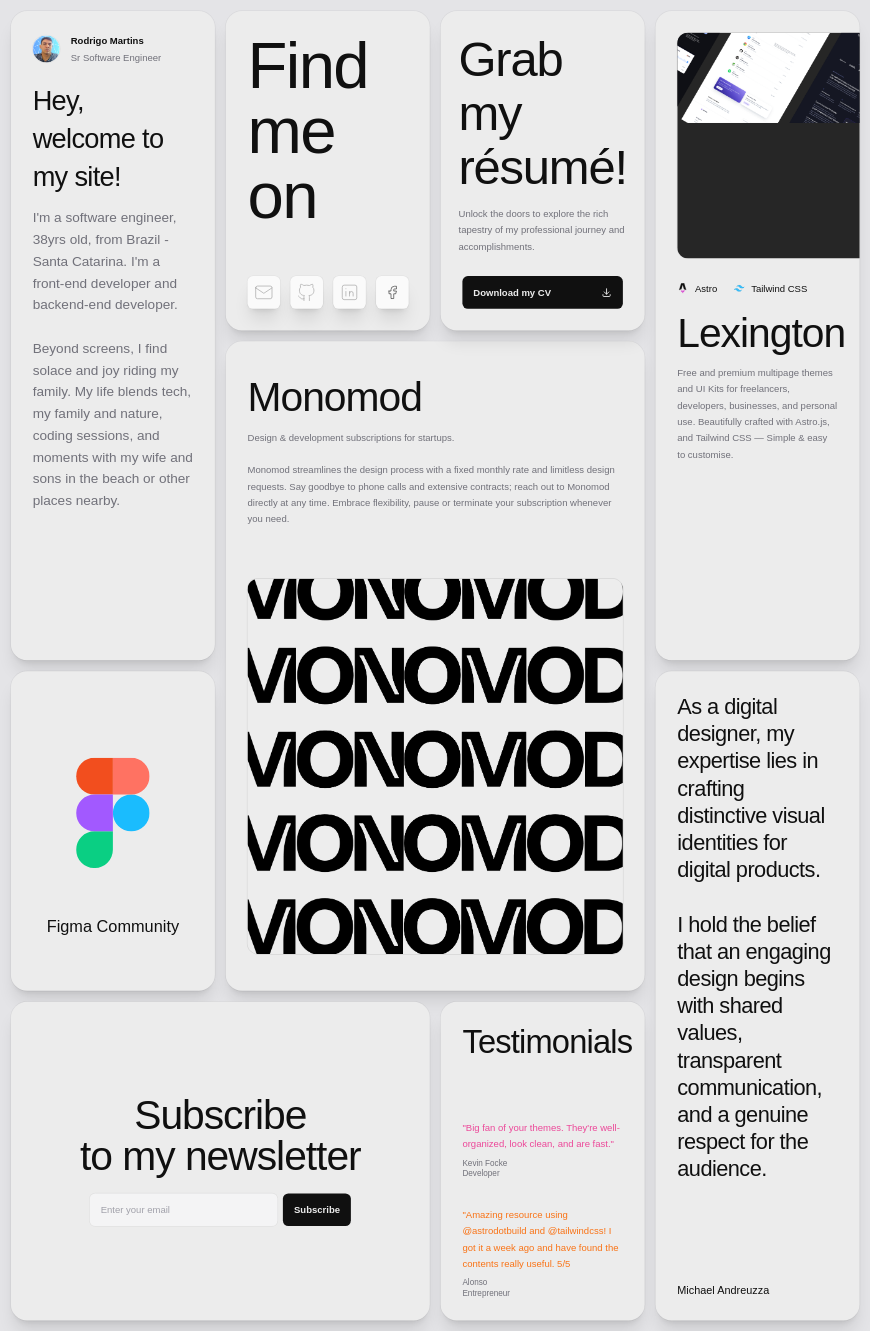
Repository: rodrigotxt/rodrigotxt.github.io
Page: index.html
The author's editor kept a copy of each file at every save. The page is drawn from the files as they stood at one save, then again after the next save.
The browser window is 1280 px wide. The pictures show the whole page, at 68% of full size.

Above is the page before, as saved 2024-03-26 01:14:13.

After the next save:
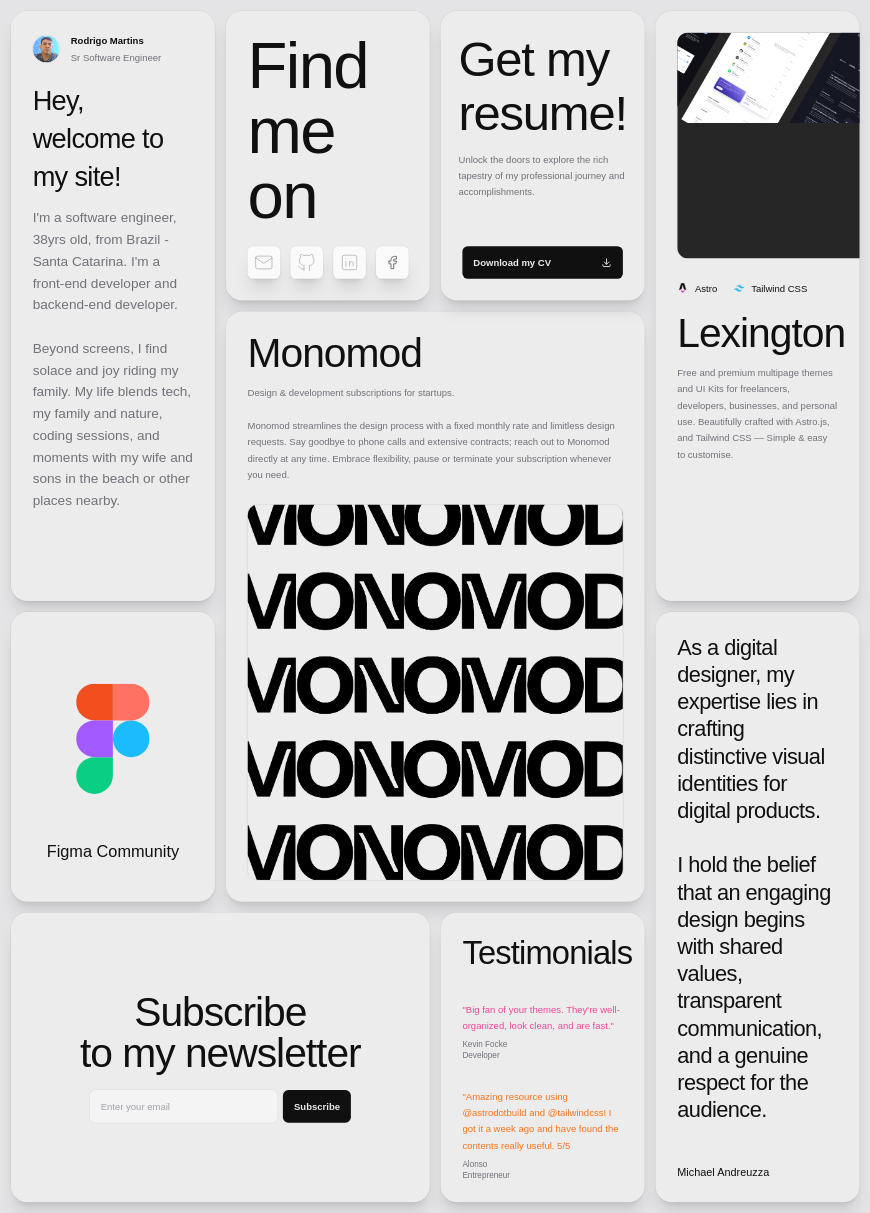
Saved 74 s later.
--- a/index.html
+++ b/index.html
@@ -177,7 +177,7 @@
               <p
                 class="text-xl text-primary dark:text-white lg:text-7xl tracking-tight"
               >
-                Grab my résumé!
+                Get my resume!
               </p>
               <p
                 class="mt-4 text-sm text-zinc-500 dark:text-zinc-400 md:max-w-xs lg:max-w-none"
